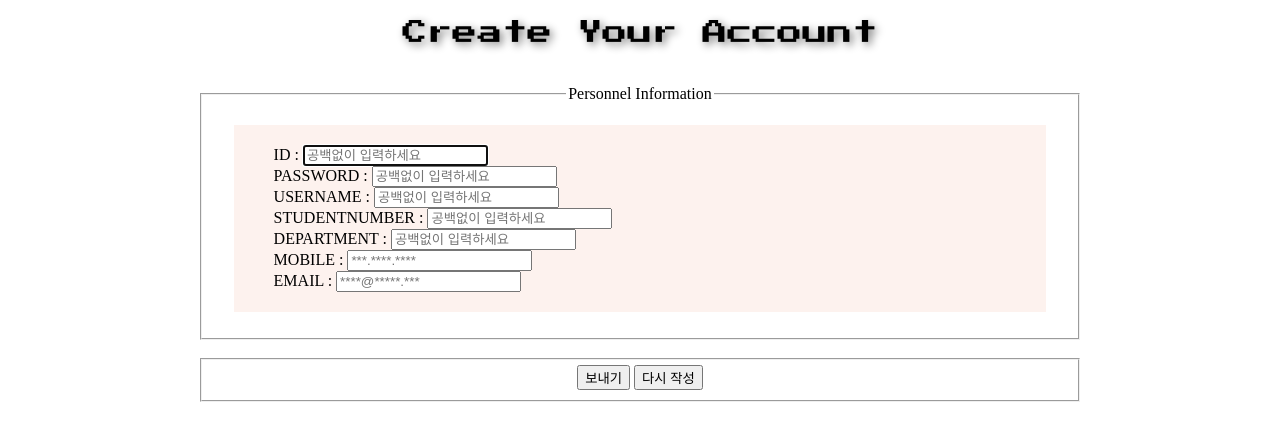
Repository: JiYoung-Kwon/WebProgramming
Page: http://localhost/kwonjiyoung_reg/StudentServlet?cmd=join
The author's editor kept a copy of each file at every save. The page is drawn from the files as they stood at one save, then again after the next save.
The browser window is 1280 px wide. The pictures show the whole page.
The page is served by Tomcat 9.

Above is the page before, as saved 2020-10-07 07:17:39.

After the next save:
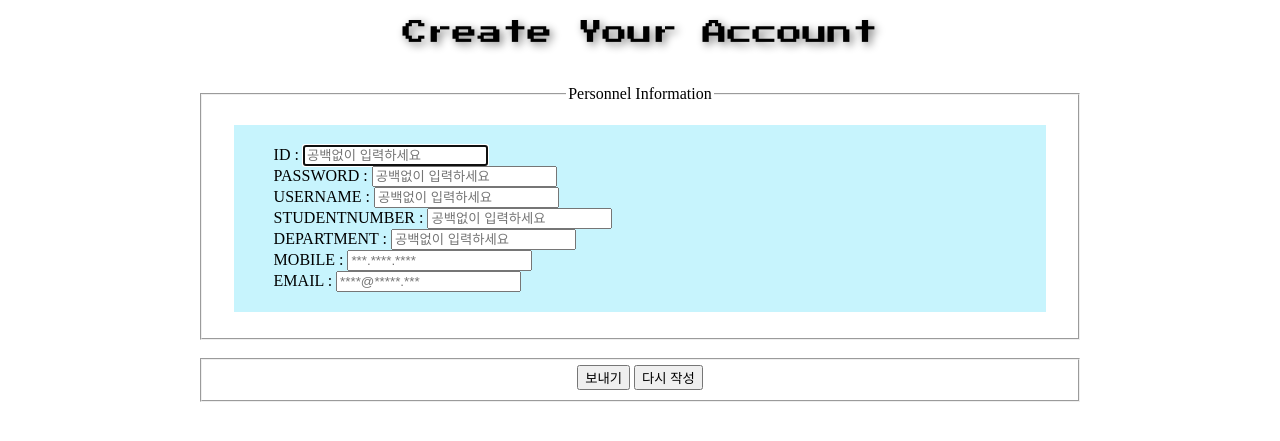
Saved 53 s later.
--- a/workspace_20206R/kwonjiyoung_reg/WebContent/resources/register.css
+++ b/workspace_20206R/kwonjiyoung_reg/WebContent/resources/register.css
@@ -21,7 +21,7 @@
 	ul{
 		list-style:none;
 		text-align:left;
-		background-color:#FDF2EE;
+		background-color:#C7F4FD;
 		margin-left:20px;
 		margin-right: 20px;
 		padding-top:20px; padding-bottom:20px;

After the 2 saves that followed:
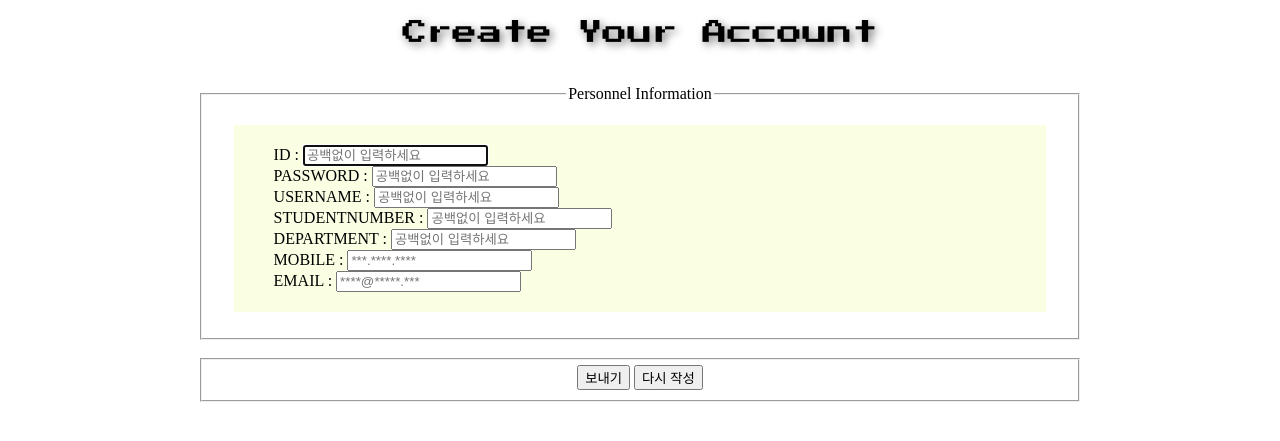
The 2 saves are shown as one change because 1 left the picture as it was.
The last was saved 2 min 39 s later.
--- a/workspace_20206R/kwonjiyoung_reg/WebContent/resources/register.css
+++ b/workspace_20206R/kwonjiyoung_reg/WebContent/resources/register.css
@@ -21,13 +21,13 @@
 	ul{
 		list-style:none;
 		text-align:left;
-		background-color:#C7F4FD;
+		background-color:#FAFEE2;
 		margin-left:20px;
 		margin-right: 20px;
 		padding-top:20px; padding-bottom:20px;
 	}
 	#sect{
-		background-color:#C7F4FD;
+		background-color:#E2F9FE;
 		text-align:center;
 		margin:20px;
 		padding:20px;
